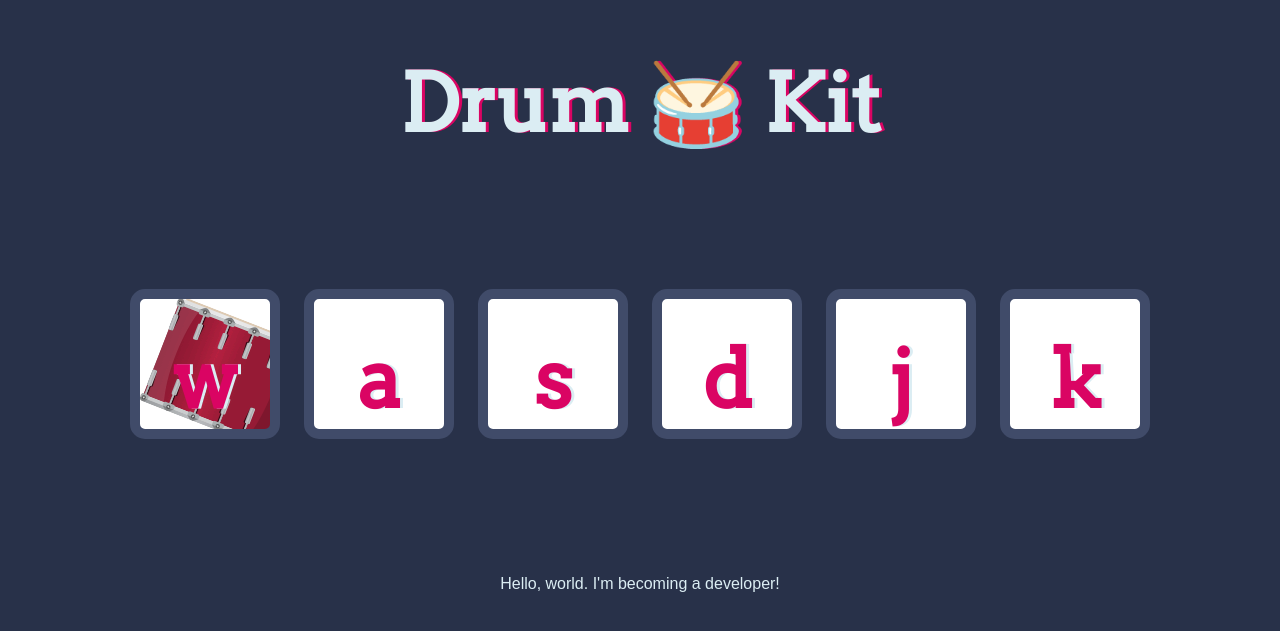
Repository: doncsar/yu-frontend-bootcamp
Page: 17-drumkit/index.html
The author's editor kept a copy of each file at every save. The page is drawn from the files as they stood at one save, then again after a run of saves.
The browser window is 1280 px wide. The pictures show the whole page.

Above is the page before, as saved 2024-01-27 19:25:06.

After the next 4 saves:
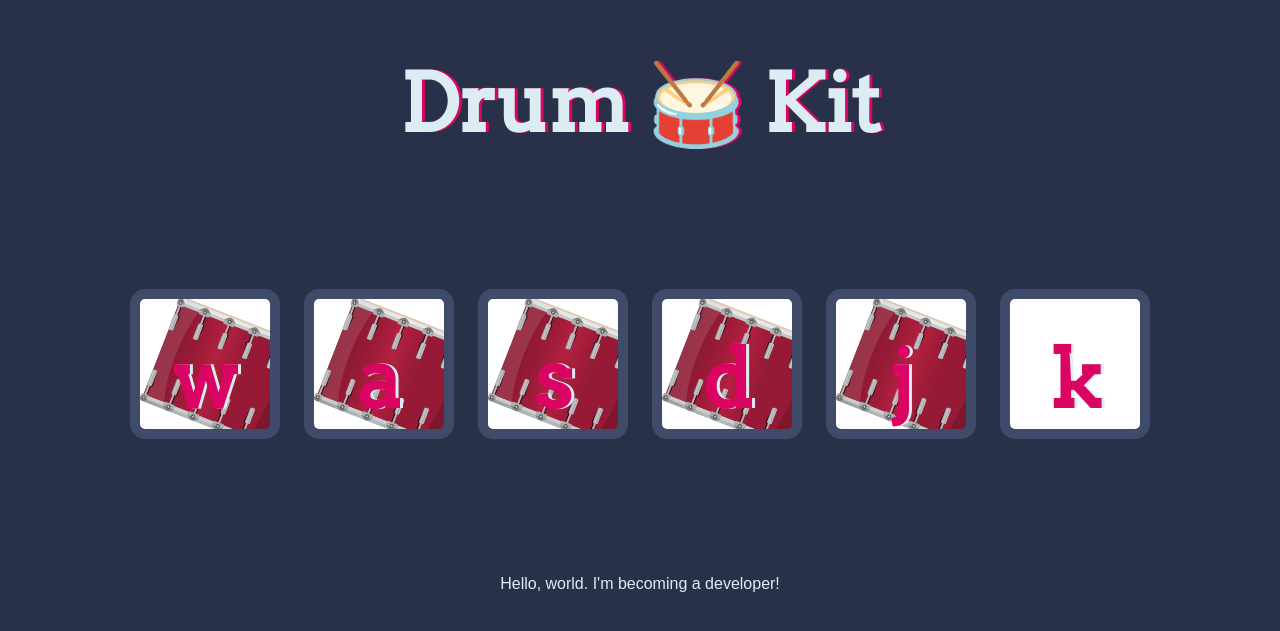
The 4 saves are shown as one change because they came seconds apart.
The last was saved 11 s later.
--- a/17-drumkit/style.css
+++ b/17-drumkit/style.css
@@ -21,19 +21,19 @@ footer {
 }
 
 .a {
-
+background-image: url('./resources/images/tom1.png');
 }
 
 .s {
-
+background-image: url('./resources/images/tom1.png');
 }
 
 .d {
-
+background-image: url('./resources/images/tom1.png');
 }
 
 .j {
-
+background-image: url('./resources/images/tom1.png');
 }
 
 .k {
